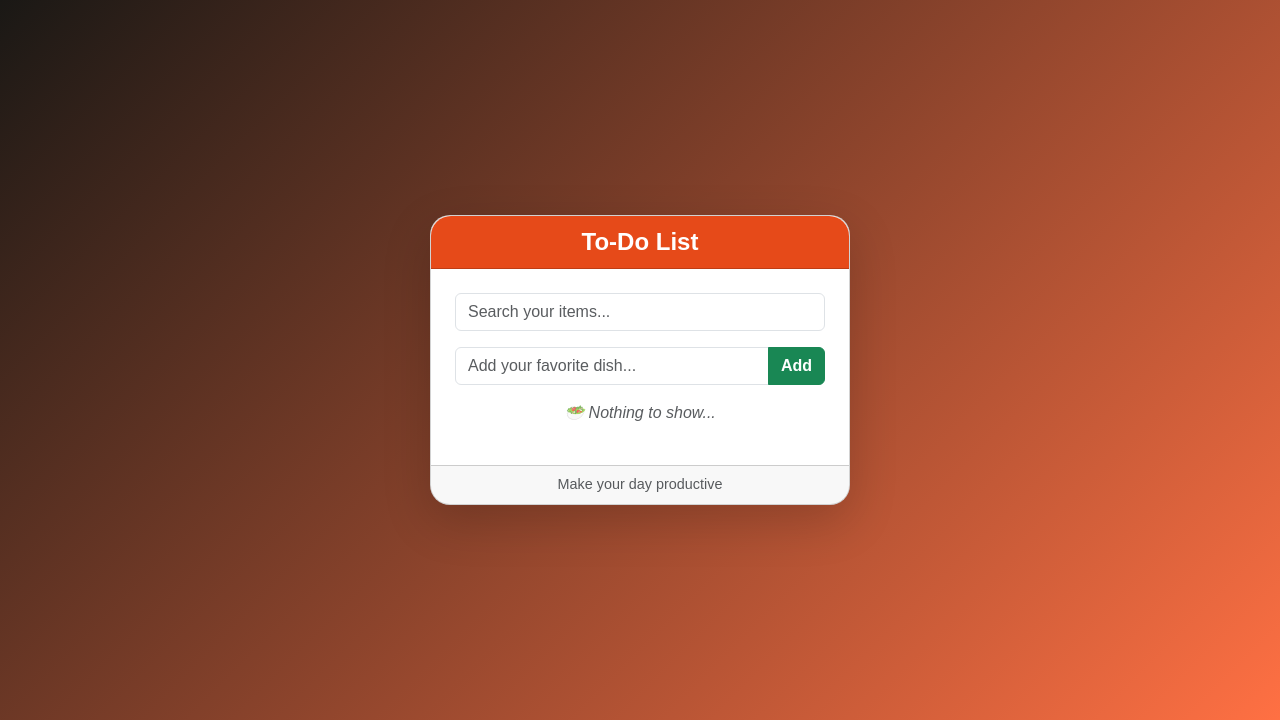
Repository: Dredphoenix/react-todo-app
Page: /
The author's editor kept a copy of each file at every save. The page is drawn from the files as they stood at one save, then again after the next save.
The browser window is 1280 px wide. The pictures show the whole page.
The page's requests for data from a server got no answer. The project was rebuilt for these pictures with package versions that can differ from the ones it lists, and the page was loaded fresh each time. No one was signed in, and anything a server would have sent is missing. Also part of the build but not shown: vite.config.js.

Above is the page before, as saved 2025-10-01 14:39:35.

### src/App.jsx
import React from 'react';
import { BrowserRouter as Router, Routes, Route, Navigate } from 'react-router-dom';
import Home from './pages/Home';

function App() {


  return (
    <Home/>
  );
}

export default App;

### src/pages/Home.jsx
import React, { useState, useEffect } from "react";
import "bootstrap/dist/css/bootstrap.min.css";
import axios from "axios";

const Home = () => {
  const [items, setItems] = useState([]);
  const [input, setInput] = useState("");
  const [editIndex, setEditIndex] = useState(-1);
  const [search, setSearch] = useState("");

  // Fetch items from backend
  useEffect(() => {
    axios.get("http://localhost:5000/lists").then((response) => {
        if (response.data.success && Array.isArray(response.data.data)) {
          setItems(response.data.data);
        }
      }).catch((err) => console.log(err));
  }, []);

  // Add and Update item
  const handleAdd = () => {
    const trimmed = input.trim();
    if (!trimmed) {
      alert("Please enter a valid input");
      return;
    }

    if (editIndex === -1) {
      // Add new
      axios.post("http://localhost:5000/lists", { action: trimmed })
        .then((res) => {
          if (res.data && res.data.data) {
            setItems([...items, res.data.data]);
            setInput("");
          }
        })
        .catch((err) => console.log("Error adding item:", err));
    } else {
      // Update existing
      const itemToUpdate = items[editIndex];
      axios.put(`http://localhost:5000/lists/${itemToUpdate._id}`, { action: trimmed })
        .then((res) => {
          const updatedItems = [...items];
          updatedItems[editIndex] = res.data.data;
          setItems(updatedItems);
          setEditIndex(-1);
          setInput("");
        })
        .catch((err) => console.log("Error updating item:", err));
    }
  };

  // Delete item
  const handleDelete = (index) => {
    const id = items[index]._id;
    axios.delete(`http://localhost:5000/lists/${id}`)
      .then((res) => {
        const updated = items.filter((_, i) => i !== index);
        setItems(updated);
        console.log("Deleted:", res.data);
      })
      .catch((err) => console.log("Error deleting item:", err));
  };

  // Edit item
  const handleEdit = (index) => {
    const item = items[index];
    setInput(item.action || "");
    setEditIndex(index);
  };

  // Search filter
  const filteredItems = items.filter(
    (item) => item.action && item.action.toLowerCase().includes(search.toLowerCase())
  );

  // Add using Enter key
  const handleEnter = (e) => {
    if (e.key === "Enter") handleAdd();
  };

  return (
    <div
      className="min-vh-100 d-flex align-items-center justify-content-center"
      style={{
        background: "linear-gradient(135deg, #1a1815ff, #FF7043)",
        fontFamily: "Poppins, sans-serif",
      }}
    >
      <div className="card shadow-lg" style={{ width: "420px", borderRadius: "20px" }}>
        <div
          className="card-header text-center text-white fw-bold"
          style={{
            backgroundColor: "#E64A19",
            borderTopLeftRadius: "20px",
            borderTopRightRadius: "20px",
            fontSize: "1.5rem",
          }}
        >
          To-Do List
        </div>

        <div className="card-body p-4">
          {/* Search Input */}
          <div className="input-group mb-3">
            <input
              type="text"
              className="form-control"
              placeholder="Search your items..."
              value={search}
              onChange={(e) => setSearch(e.target.value)}
            />
          </div>

          {/* Add/Edit Input */}
          <div className="input-group mb-3">
            <input
              type="text"
              className="form-control"
              placeholder={editIndex === -1 ? "Add your favorite dish..." : "Edit item..."}
              value={input}
              onChange={(e) => setInput(e.target.value)}
              onKeyDown={handleEnter}
            />
            <button
              className={`btn ${editIndex === -1 ? "btn-success" : "btn-primary"} fw-bold`}
              onClick={handleAdd}
            >
              {editIndex === -1 ? "Add" : "Update ✏️"}
            </button>
          </div>

          {/* List */}
          {filteredItems.length === 0 ? (
            <p className="text-center text-muted fst-italic">🥗 Nothing to show...</p>
          ) : (
            <ul className="list-group list-group-flush">
              {filteredItems.map((item, index) => (
                <li
                  key={item._id}
                  className="list-group-item d-flex justify-content-between align-items-center"
                  style={{
                    borderRadius: "10px",
                    background: "#FFF8E1",
                    marginBottom: "8px",
                  }}
                >
                  <span className="fw-semibold">{item.action}</span>
                  <div>
                    <button
                      className="btn btn-sm btn-outline-primary me-2"
                      onClick={() => handleEdit(index)}
                    >
                      ✏️
                    </button>
                    <button
                      className="btn btn-sm btn-outline-danger"
                      onClick={() => handleDelete(index)}
                    >
                      🗑️
                    </button>
                  </div>
                </li>
              ))}
            </ul>
          )}
        </div>

        <div
          className="card-footer text-center text-muted"
          style={{
            fontSize: "0.9rem",
            borderBottomLeftRadius: "20px",
            borderBottomRightRadius: "20px",
          }}
        >
          Make your day productive
        </div>
      </div>
    </div>
  );
};

export default Home;

Loaded but not shown: src/main.jsx (common file); src/index.css (no stored copy; drawn as an empty file)

After the next save:
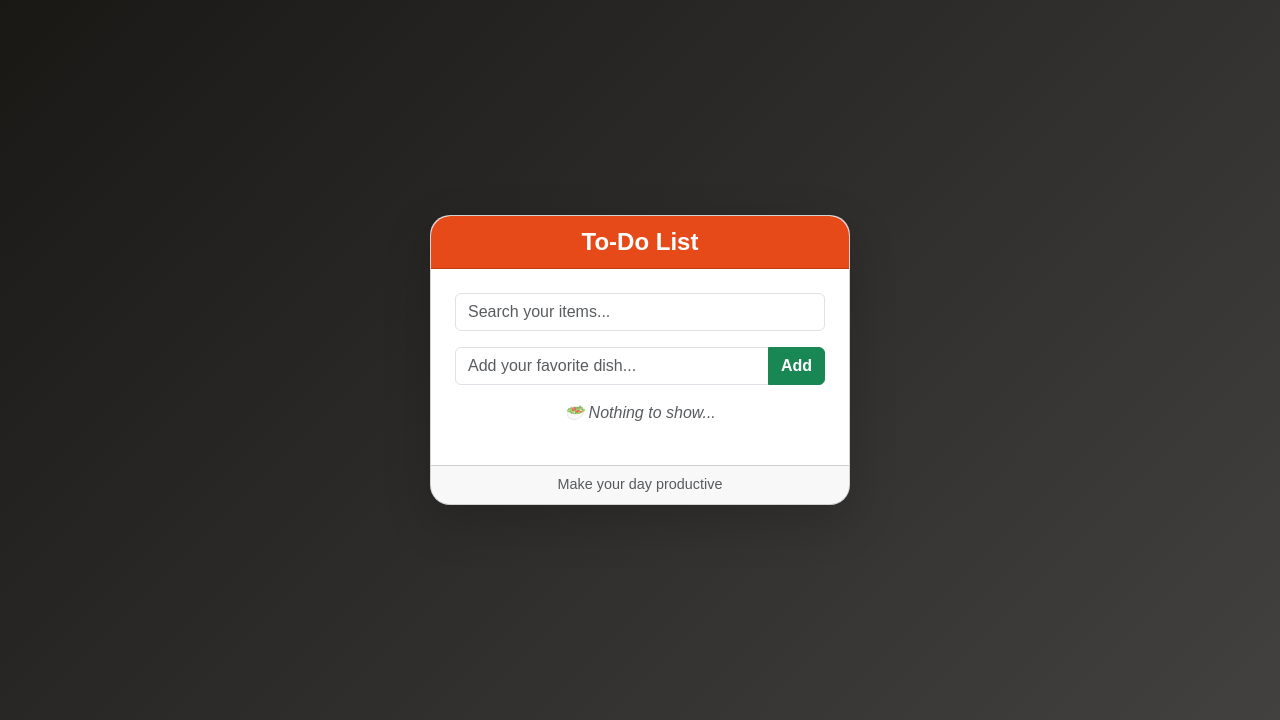
Saved 18 s later.
--- a/src/pages/Home.jsx
+++ b/src/pages/Home.jsx
@@ -83,7 +83,7 @@ const Home = () => {
     <div
       className="min-vh-100 d-flex align-items-center justify-content-center"
       style={{
-        background: "linear-gradient(135deg, #1a1815ff, #FF7043)",
+        background: "linear-gradient(135deg, #1a1815ff, #434140ff)",
         fontFamily: "Poppins, sans-serif",
       }}
     >
